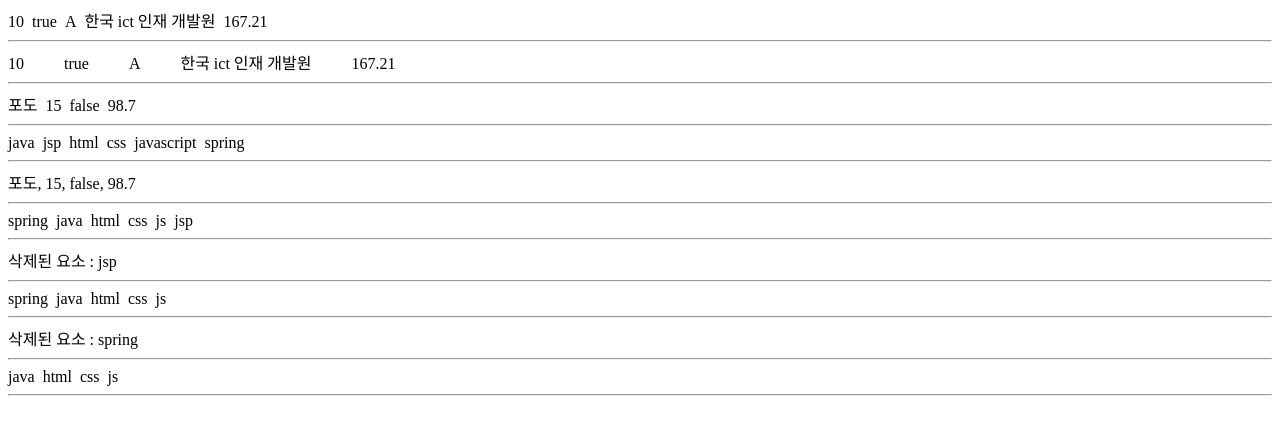
Repository: ady0099/webstudy
Page: 03_javascript/src/main/webapp/day02/ex01_Array.html
The author's editor kept a copy of each file at every save. The page is drawn from the files as they stood at one save, then again after the next save.
The browser window is 1280 px wide. The pictures show the whole page.

Above is the page before, as saved 2023-07-04 07:04:29.

After the next save:
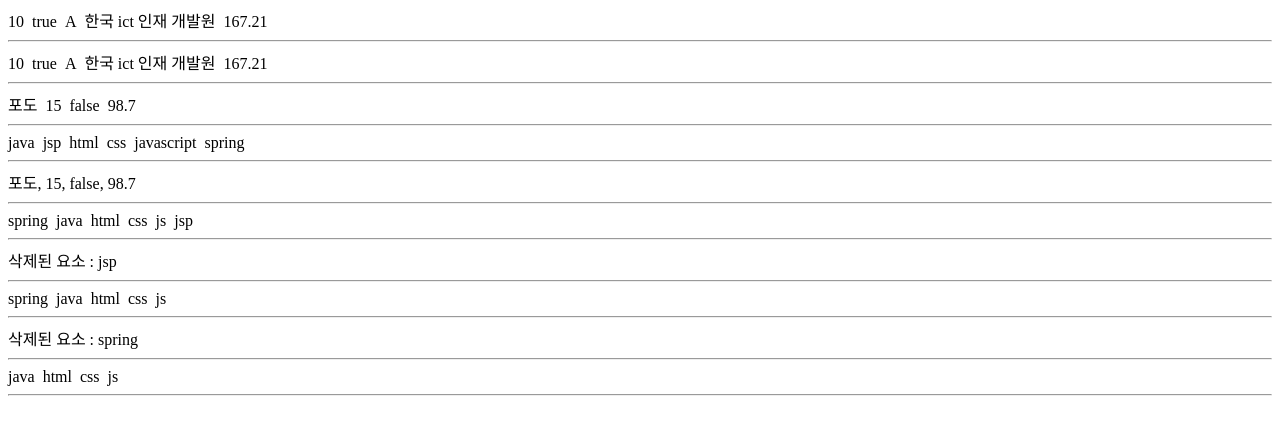
Saved 9 s later.
--- a/03_javascript/src/main/webapp/day02/ex01_Array.html
+++ b/03_javascript/src/main/webapp/day02/ex01_Array.html
@@ -24,7 +24,7 @@
 		// 여기서 k는 index
 		for(var k in arr){
 			// document.write(k+"&nbsp;&nbsp;");
-			document.write(arr[k]+"&nbsp;&nbsp;&nbsp;&nbsp;&nbsp;&nbsp;&nbsp;&nbsp;&nbsp;&nbsp;");
+			document.write(arr[k]+"&nbsp;&nbsp;");
 		}
 		document.write("<hr>");
 
